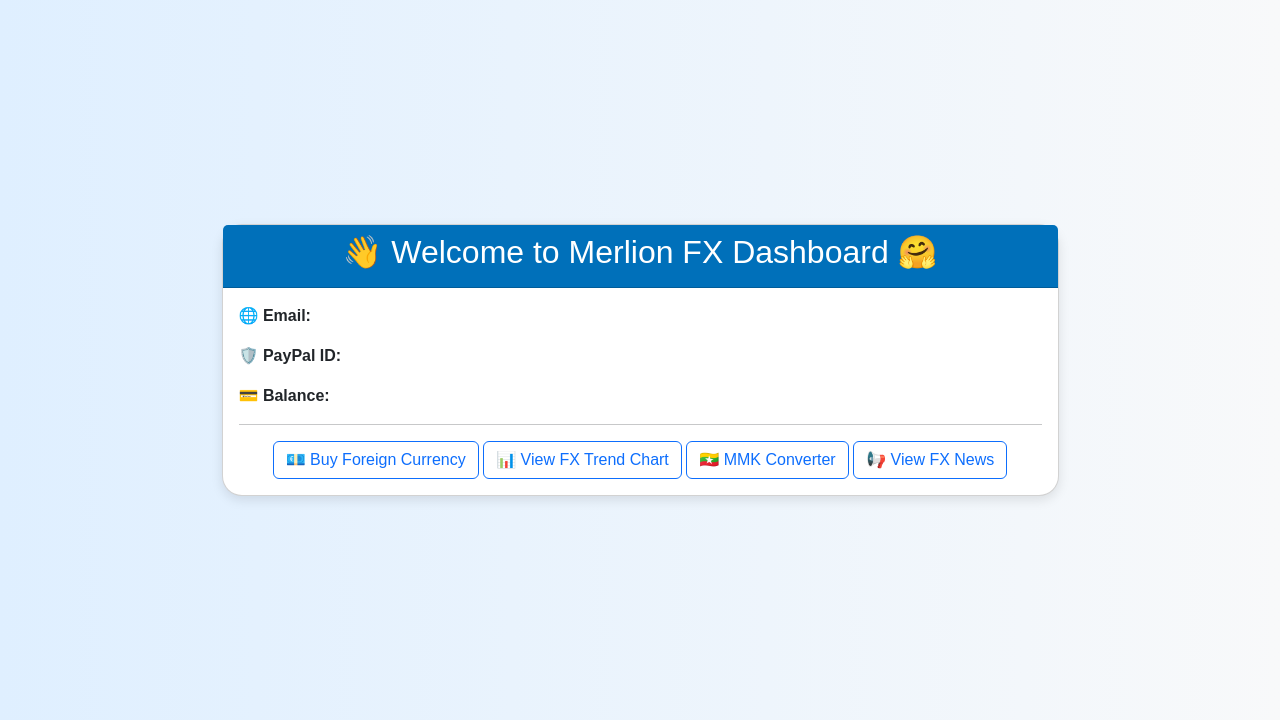
Repository: MayThetNaingBo/MerlionFX-app
Page: templates/services.html
These files come from the project's save history. The page is drawn as it stood at one moment and after the next save; the edit follows.
The browser window is 1280 px wide. The pictures show the whole page.
The page is served by the project's application, run on Flask 3 (app.py). The template is opened directly, without the code that normally fills it, so the values that code supplies are empty.

Above is the page before, as saved 2025-08-05 03:05:06.

### templates/services.html
<!DOCTYPE html>
<html lang="en">
<head>
  <meta charset="UTF-8">
  <title>Merlion FX Dashboard</title>
  <link href="https://cdn.jsdelivr.net/npm/bootstrap@5.3.2/dist/css/bootstrap.min.css" rel="stylesheet">
  <style>
    body {
      background: linear-gradient(to right, #dfefff, #f8f9fa);
      font-family: Arial, sans-serif;
    }
    .card {
      border-radius: 20px;
      box-shadow: 0px 4px 12px rgba(0,0,0,0.1);
    }
    .card-header {
      background-color: #0070ba;
      color: white;
      border-top-left-radius: 20px;
      border-top-right-radius: 20px;
    }
  </style>
</head>
<body>

  <div class="container d-flex justify-content-center align-items-center vh-100">
    <div class="card w-75">
      <div class="card-header text-center">
        <h2>👋 Welcome to Merlion FX Dashboard 🤗</h2>
      </div>
      <div class="card-body">
        <p><strong>🌐 Email:</strong> {{ fEmail }}</p>
        <p><strong>🛡️ PayPal ID:</strong> {{ fPayerID }}</p>
        <p><strong>💳 Balance:</strong> {{ fCCY }} {{ fBalance }}</p>
        <hr>
       <div class="text-center">
  <a href="/create_order" class="btn btn-outline-primary">💶 Buy Foreign Currency</a>
  <a href="/chart" class="btn btn-outline-primary">📊 View FX Trend Chart</a>
  <a href="/cbm" class="btn btn-outline-primary">🇲🇲 MMK Converter</a>
  <a href="/news" class="btn btn-outline-primary">📢 View FX News</a>
</div>

      </div>
    </div>
  </div>

</body>
</html>

### app.py
from flask import Flask, render_template, request, redirect, session, url_for, jsonify
from requests_oauthlib import OAuth2Session
from requests.auth import HTTPBasicAuth
from datetime import datetime, timedelta
from random import randint
from decimal import Decimal, ROUND_HALF_UP
import json
import requests
from sklearn.linear_model import LinearRegression
import pandas as pd
import numpy as np

app = Flask(__name__)
app.secret_key = 'EG6vZLYReYRtUJ1tDWmNNhz2OFq5VXYnDquk9nekWjsEJxLBB8_O9CWjqwz69s_T5T5PnSs7_bPLMvGW'  # Replace with strong secret key

client_id = "AfnOhVQ6me9M3_WHdka-qdWtHle8BKBnjNGAEgXQRKqxkCDsfgT6JLqJQMhvxFMp6zMCuCYVXDkx3JuS"
client_secret = "EG6vZLYReYRtUJ1tDWmNNhz2OFq5VXYnDquk9nekWjsEJxLBB8_O9CWjqwz69s_T5T5PnSs7_bPLMvGW"
authorization_base_url = 'https://www.sandbox.paypal.com/signin/authorize?flowEntry=static'
token_url = 'https://api-m.sandbox.paypal.com/v1/oauth2/token'
redirect_uri = 'http://127.0.0.1:5000/callback'

# ---------------- Polygon FX -----------------
def get_polygon_fx_pairs():
    api_key = "Coh8pjpp44y_Bg9NDWTlWQKCPvUcDxQy"  # Your Polygon.io API key
    base_url = f"https://api.polygon.io/v3/reference/tickers?market=fx&active=true&limit=1000&apiKey={api_key}"
    fx_pairs = []
    try:
        url = base_url
        while url:
            response = requests.get(url)
            data = response.json()
            for ticker in data.get("results", []):
                if ticker["ticker"].startswith("C:"):
                    fx_pairs.append(ticker["ticker"].replace("C:", ""))
            url = data.get("next_url")
            if url:
                url += f"&apiKey={api_key}"
        return sorted(fx_pairs)
    except:
        return []

def get_fx_rate(from_ccy, to_ccy):
    api_key = "Coh8pjpp44y_Bg9NDWTlWQKCPvUcDxQy"
    ticker = f"C:{from_ccy}{to_ccy}"
    url = f"https://api.polygon.io/v2/aggs/ticker/{ticker}/prev?adjusted=true&apiKey={api_key}"
    try:
        response = requests.get(url)
        return response.json()["results"][0]["c"]
    except:
        return None

# ---------------- CBM MMK -----------------
def get_cbm_supported_currencies():
    try:
        url = "https://forex.cbm.gov.mm/api/latest"
        response = requests.get(url)
        data = response.json()
        return sorted(data["rates"].keys())
    except:
        return []

@app.route("/get_cbm_rate")
def get_cbm_rate():
    target = request.args.get("currency", "USD")
    try:
        url = "https://forex.cbm.gov.mm/api/latest"
        response = requests.get(url)
        data = response.json()
        rate = data["rates"].get(target)
        return {"currency": target, "rate": rate}
    except Exception as e:
        return {"error": str(e)}, 500

@app.route("/cbm")
def cbm_page():
    currencies = get_cbm_supported_currencies()
    return render_template("cbm.html", currencies=currencies)

# ---------------- Auth -----------------
@app.route('/')
def home():
    return render_template("index.html")

@app.route('/login')
def login():
    paypal = OAuth2Session(client_id, redirect_uri=redirect_uri,
        scope='openid profile email address https://uri.paypal.com/services/paypalattributes')
    authorization_url, state = paypal.authorization_url(authorization_base_url)
    session['oauth_state'] = state
    return redirect(authorization_url)

@app.route("/callback")
def callback():
    paypal = OAuth2Session(client_id, state=session['oauth_state'])
    code = request.args.get('code')
    auth = HTTPBasicAuth(client_id, client_secret)
    body = f'grant_type=authorization_code&code={code}&redirect_uri={redirect_uri}&client_id={client_id}'
    token = paypal.fetch_token(token_url, auth=auth, code=code, body=body, method='POST')
    session['oauth_token'] = token
    return redirect(url_for('services'))

# ---------------- Services Page -----------------
@app.route("/services")
def services():
    token = session['oauth_token']
    headers = {
        'Content-Type': "application/x-www-form-urlencoded",
        'Authorization': "Bearer " + token["access_token"]
    }

    user_response = requests.get(
        "https://api-m.sandbox.paypal.com/v1/identity/openidconnect/userinfo?schema=openid",
        headers=headers)
    user_data = user_response.json()

    balance_response = requests.get(
        "https://api-m.sandbox.paypal.com/v1/reporting/balances",
        headers=headers)
    balance_data = balance_response.json()

    session['paypal_customer'] = user_data
    session['paypal_customer_balance'] = balance_data

    currency = balance_data["balances"][0]["total_balance"]["currency_code"]
    value = balance_data["balances"][0]["total_balance"]["value"]

    return render_template('services.html',
        fName=user_data["name"],
        fEmail=user_data["email"],
        fPayerID=user_data["payer_id"],
        fCCY=currency,
        fBalance=value)

# ---------------- Buy FX -----------------
@app.route("/create_order", methods=["GET"])
def create_order():
    customer = session['paypal_customer']
    balance = session['paypal_customer_balance']
    invoiceID = datetime.now().strftime("%Y%m%d%H%M%S") + str(randint(100, 999))

    all_pairs = get_polygon_fx_pairs()
    default_pair = "EURSGD" if "EURSGD" in all_pairs else all_pairs[0]
    fx_rate = get_fx_rate(default_pair[:3], default_pair[3:])

    return render_template("create_order.html",
        fName=customer["name"],
        fEmail=customer["email"],
        fCCY=balance["balances"][0]["total_balance"]["currency_code"],
        fBalance=balance["balances"][0]["total_balance"]["value"],
        fPayerID=customer["payer_id"],
        finvoiceID=invoiceID,
        defaultPair=default_pair,
        defaultRate=fx_rate,
        fxPairs=all_pairs)

@app.route("/process_order", methods=["POST"])
def process_order():
    token = session['oauth_token']
    custEmail = request.form['customerEmailAdd']
    invoiceID = request.form['invoiceID']
    itemName = request.form['itemName']
    itemDescription = request.form['itemDescription']
    rawUnitAmount = Decimal(request.form['itemUnitAmount'])
    itemQuantity = int(request.form['itemQuantity'])
    totalAmount = (rawUnitAmount * Decimal(itemQuantity)).quantize(Decimal('0.01'), rounding=ROUND_HALF_UP)

    session["fx_total"] = str(totalAmount)
    session["fx_quantity"] = itemQuantity
    session["fx_unit_price"] = str(rawUnitAmount)

    url = "https://api-m.sandbox.paypal.com/v2/checkout/orders"
    payload = {
        "intent": "CAPTURE",
        "purchase_units": [{
            "invoice_id": invoiceID,
            "amount": {
                "currency_code": "SGD",
                "value": str(totalAmount)
            },
            "items": [{
                "name": itemName,
                "description": itemDescription,
                "unit_amount": {
                    "currency_code": "SGD",
                    "value": str(rawUnitAmount)
                },
                "quantity": str(itemQuantity),
                "category": "DIGITAL_GOODS"
            }]
        }],
        "payment_source": {
            "paypal": {
                "experience_context": {
                    "payment_method_preference": "IMMEDIATE_PAYMENT_REQUIRED",
                    "return_url": "http://127.0.0.1:5000/capture_payment",
                    "cancel_url": "https://example.com/cancel"
                }
            }
        }
    }

    headers = {
        'Authorization': "Bearer " + token["access_token"],
        'Content-Type': 'application/json'
    }

    response = requests.post(url, headers=headers, data=json.dumps(payload))
    order_data = response.json()
    approval_url = next((link["href"] for link in order_data["links"] if link["rel"] in ["approve", "payer-action"]), None)
    return redirect(approval_url) if approval_url else "❌ Order creation failed"

@app.route("/capture_payment")
def capture_payment():
    token = session['oauth_token']
    order_id = request.args.get('token')
    payer_id = request.args.get('PayerID')

    url = f"https://api-m.sandbox.paypal.com/v2/checkout/orders/{order_id}/capture"
    headers = {
        'Content-Type': 'application/json',
        'Authorization': "Bearer " + token["access_token"]
    }

    response = requests.post(url, headers=headers)
    data = response.json()
    payer_info = data.get("payer", {}).get("name", {})
    return render_template("order_result.html",
        fOrderID=data["id"],
        fStatus=data["status"],
        fName=payer_info.get("given_name", ""),
        fSurname=payer_info.get("surname", ""),
        fEmail=data.get("payer", {}).get("email_address", ""),
        fAmount=session.get("fx_total"),
        fUnitPrice=session.get("fx_unit_price"),
        fQuantity=session.get("fx_quantity"),
        fPayPalID=payer_id)

# ---------------- Chart -----------------
@app.route("/chart")
def chart():
    return render_template("chart.html", fxPairs=get_polygon_fx_pairs())

@app.route("/api/chart_data")
def chart_data():
    pair = request.args.get("pair", "EURSGD")
    days = int(request.args.get("range", 30))
    api_key = "Coh8pjpp44y_Bg9NDWTlWQKCPvUcDxQy"

    end_date = datetime.today().strftime("%Y-%m-%d")
    start_date = (datetime.today() - timedelta(days=days)).strftime("%Y-%m-%d")
    url = f"https://api.polygon.io/v2/aggs/ticker/C:{pair}/range/1/day/{start_date}/{end_date}?adjusted=true&sort=asc&limit={days}&apiKey={api_key}"

    try:
        response = requests.get(url)
        results = response.json().get("results", [])
        dates = [datetime.fromtimestamp(d["t"]/1000).strftime('%Y-%m-%d') for d in results]
        prices = [d["c"] for d in results]
        return {"dates": dates, "prices": prices}
    except:
        return {"dates": [], "prices": []}

# ---------------- News Placeholder -----------------
@app.route("/news")
def news_page():
    return render_template("news.html")

@app.route('/api/news')
def get_fx_news():
    api_key = "44efb3199f64d940271c870c1ac62f72"
    url = f"https://gnews.io/api/v4/search?q=forex OR currency OR exchange&lang=en&token={api_key}"

    try:
        response = requests.get(url)
        data = response.json()
        articles = data.get("articles", [])
        return jsonify({"articles": articles})
    except Exception as e:
        return jsonify({"error": str(e)})

@app.route("/forecast")
def forecast_page():
    pairs = get_polygon_fx_pairs()  # Reuse your existing function
    return render_template("forecast.html", fxPairs=pairs)

@app.route('/api/forecast')
def forecast_fx():
    pair = request.args.get("pair", "USDSGD")
    days = 30
    api_key = "Coh8pjpp44y_Bg9NDWTlWQKCPvUcDxQy"  # Replace with your actual key

    end_date = datetime.today().strftime("%Y-%m-%d")
    start_date = (datetime.today() - timedelta(days=days)).strftime("%Y-%m-%d")

    url = f"https://api.polygon.io/v2/aggs/ticker/C:{pair}/range/1/day/{start_date}/{end_date}?adjusted=true&sort=asc&limit={days}&apiKey={api_key}"

    try:
        response = requests.get(url)
        data = response.json()
        results = data.get("results", [])

        if not results:
            return {"error": "No data available for this pair."}, 400

        # Prepare data for ML
        df = pd.DataFrame(results)
        df["day"] = np.arange(len(df))  # day 0 to day 29
        X = df[["day"]]  # features
        y = df["c"]      # close prices

        model = LinearRegression()
        model.fit(X, y)

        tomorrow = [[len(df)]]  # day 30
        predicted = model.predict(tomorrow)[0]

        return {
            "pair": pair,
            "predicted_rate": round(predicted, 5),
            "last_known": round(df['c'].iloc[-1], 5)
        }

    except Exception as e:
        print("Forecast error:", e)
        return {"error": str(e)}, 500

if __name__ == '__main__':
    app.run(debug=True)

# api_key = "44efb3199f64d940271c870c1ac62f72"

After the next save:
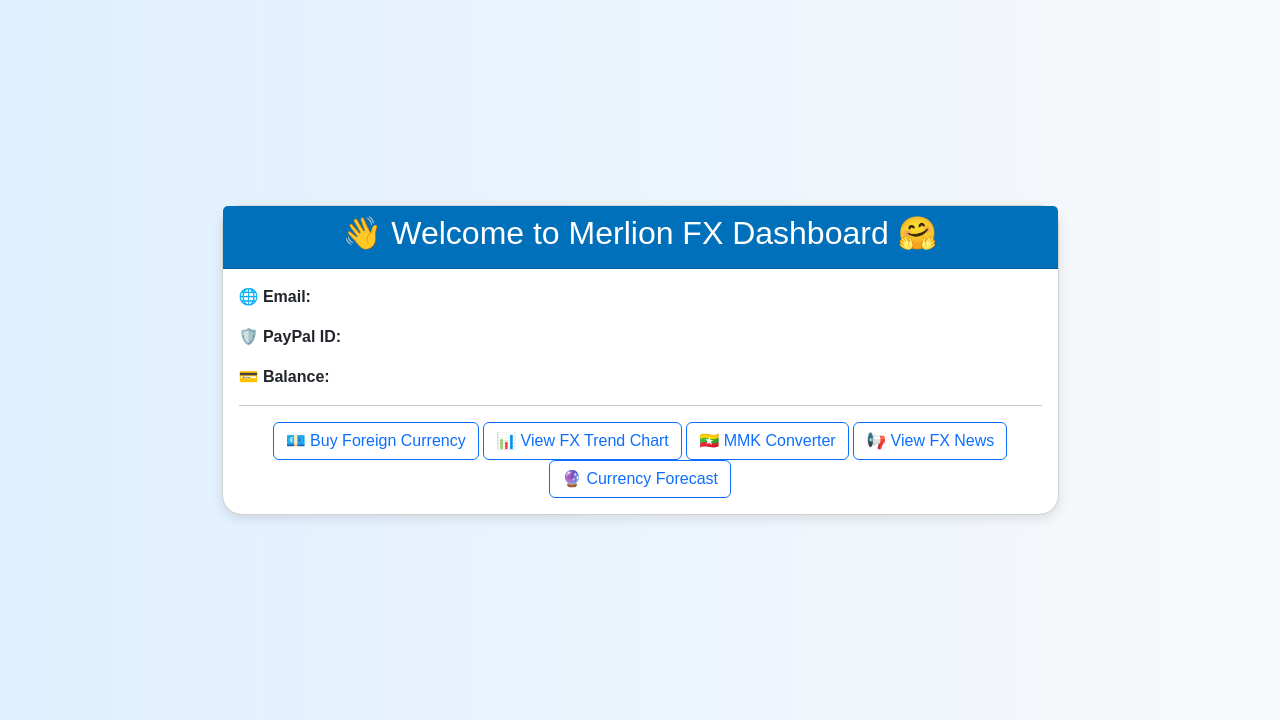
Saved 10 s later.
--- a/templates/services.html
+++ b/templates/services.html
@@ -38,6 +38,8 @@
   <a href="/chart" class="btn btn-outline-primary">📊 View FX Trend Chart</a>
   <a href="/cbm" class="btn btn-outline-primary">🇲🇲 MMK Converter</a>
   <a href="/news" class="btn btn-outline-primary">📢 View FX News</a>
+  <a href="/forecast" class="btn btn-outline-primary">🔮 Currency Forecast</a>
+
 </div>
 
       </div>
